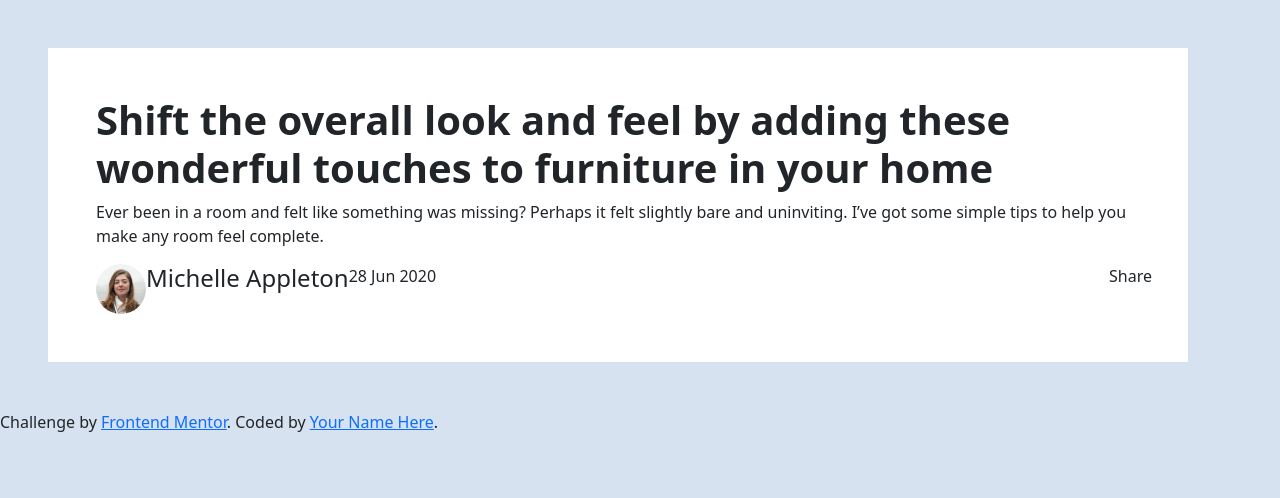
Repository: blordeus/article-preview-component
Page: index.html
The author's editor kept a copy of each file at every save. The page is drawn from the files as they stood at one save, then again after the next save.
The browser window is 1280 px wide. The pictures show the whole page.

Above is the page before, as saved 2024-05-17 10:24:19.

After the next save:
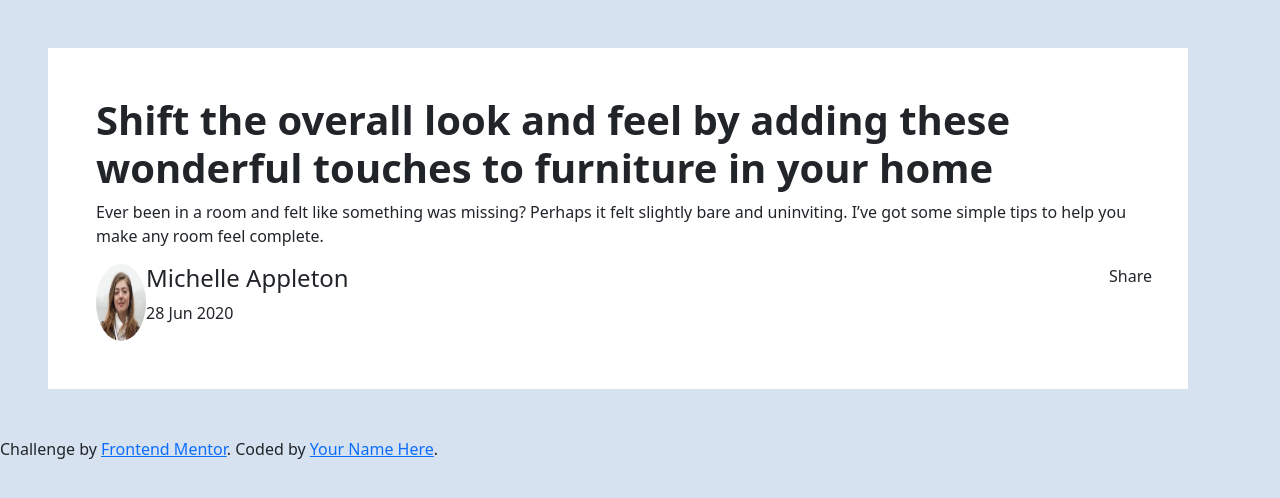
Saved 101 s later.
--- a/index.html
+++ b/index.html
@@ -26,8 +26,10 @@
       <div class="row">
         <div class="col d-flex">
           <img class="" src="./images/avatar-michelle.jpg" alt="michelle">
-          <h4>Michelle Appleton</h4>
-          <p>28 Jun 2020</p>
+          <div>
+            <h4>Michelle Appleton</h4>
+            <p>28 Jun 2020</p>
+          </div>
         </div>
         Share
       </div>
